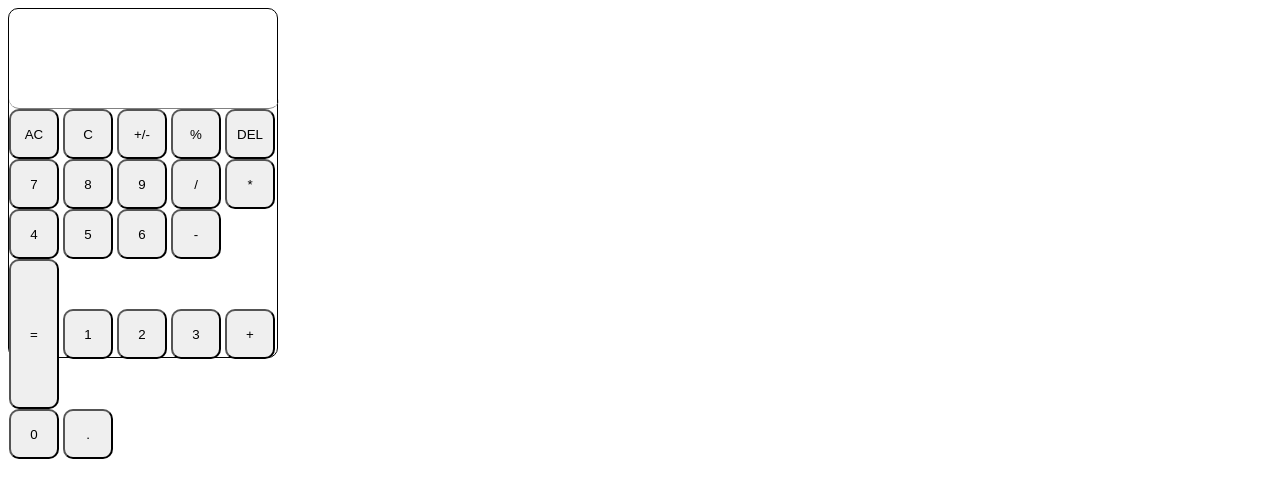
Repository: baziz22/Vanilla_JS_Projects
Page: claculator/index.html
An editor plug-in stored every save of this project. The page is shown before and after the next save, followed by the edit.
The browser window is 1280 px wide. The pictures show the whole page.

Above is the page before, as saved 2022-03-02 02:26:03.
Console error: SyntaxError: Malformed arrow function parameter list

### claculator/index.html
<!DOCTYPE html>
<html lang="en">
  <head>
    <meta charset="UTF-8" />
    <meta http-equiv="X-UA-Compatible" content="IE=edge" />
    <meta name="viewport" content="width=device-width, initial-scale=1.0" />
    <link rel="stylesheet" href="style.css" />
    <script src="script.js" defer></script>
    <title>Calculator</title>
  </head>
  <body>
    <div class="container">
      <div class="wrapper">
        <div id="result">
          <div id="equation"></div>
          <div id="total"></div>
          <div id="temp"></div>
        </div>
        <div id="buttons">
          <button class="btn" all-clear>AC</button>
          <button class="btn" last-entity-clear>C</button>
          <button class="btn" operation>+/-</button>
          <button class="btn" operation>%</button>

          <button class="btn" operation>DEL</button>
          <button class="btn" number>7</button>
          <button class="btn" number>8</button>
          <button class="btn" number>9</button>
          <button class="btn" operation>/</button>
          <button classs="btn" operation>*</button>
          <button class="btn" number>4</button>
          <button class="btn" number>5</button>
          <button class="btn" number>6</button>
          <button class="btn" operation">-</button>
          <div>
          <button class="btn" equal id="equals">=</button>
          <button class="btn" number>1</button>
          <button class="btn" number>2</button>
          <button class="btn" number>3</button>
          <button class="btn" operation>+</button>
          <button class="btn" number>0</button>
          <button class="btn" number dot>.</button>
          </div>

        </div>
      </div>
    </div>
  </body>
</html>

### claculator/style.css
* {
  box-sizing: border-box;
}
.wrapper {
  border: 1px solid black;
  border-radius: 10px;
  width: 270px;
  height: 350px;
}
button {
  width: 50px;
  height: 50px;
  border-radius: 10px;
}
#result {
  width: 270px;
  height: 100px;
  border-bottom: 1px solid gray;
  border-radius: 10px;
}
#equals {
  height: 150px;
}

### claculator/script.js
const output = document.getElementById('output');
const total = document.getElementById('total');
const reset = document.getElementById('ac');
const btn = document.querySelectorAll('.btn');
const operants = ['=', '+', '-', '*', '/'];
const equalOperation = '=';
function clear() {}
function digitDelete() {}
const operantValue = function (arg, operant) {
  let theOperant = '';
  //console.log('args: ', arg);
  operant.forEach((element, i) => {
    //console.log(i + '. ' + element);
    //console.log('opernat: ', operant);
    if (operant[i] === arg[0]) {
      console.log('this is the operant', operant[i]);
      theOperant = operant[i];
    }
  });
  return theOperant;
};

function appendNumber(d) {
  let digits = [];
  let saveOperants = [];
  let saveDigits = [];
  let outputContents = '';
  console.log('print: ', d);
  if (d.value !== equalOperation) {
    digits.push(d.value);
    let g = operantValue(digits, operants);
    console.log('g: ', g);
    //console.log('digits: ', digits);
    output.innerHTML += digits;
    if (d.value !== g) {
      outputContents += output.textContent;
      console.log(outputContents);
      //saveOutputDigit = outputContents;
      //console.log('s: ',saveOutputDigit);
      out = outputContents.concat();
      console.log('out: ', out);
    }
    if (d.value === g) {
      outputContents = '';
      //saveOutputDigit = '';
      saveOperants.push(g);
      saveDigits.push(Number(out));
      console.log('2. OutputContents: ', out);
      console.log('saveDigits: ', saveDigits);
      //reset outputContent\
      console.log('saveOperants: ', saveOperants);
      //operantValue(digits, operants);
    }
  } else {
    compute();
  }
}
function chooseOperation(operation) {}
function compute() {
  console.log('Final Result');
}
function updateDisplay() {}
let out = '';
let saveOutputDigit = '';


  btn.forEach(element => {
    element.addEventListener('click', appendNumber(element) => {element.value});
  });

After the next save:
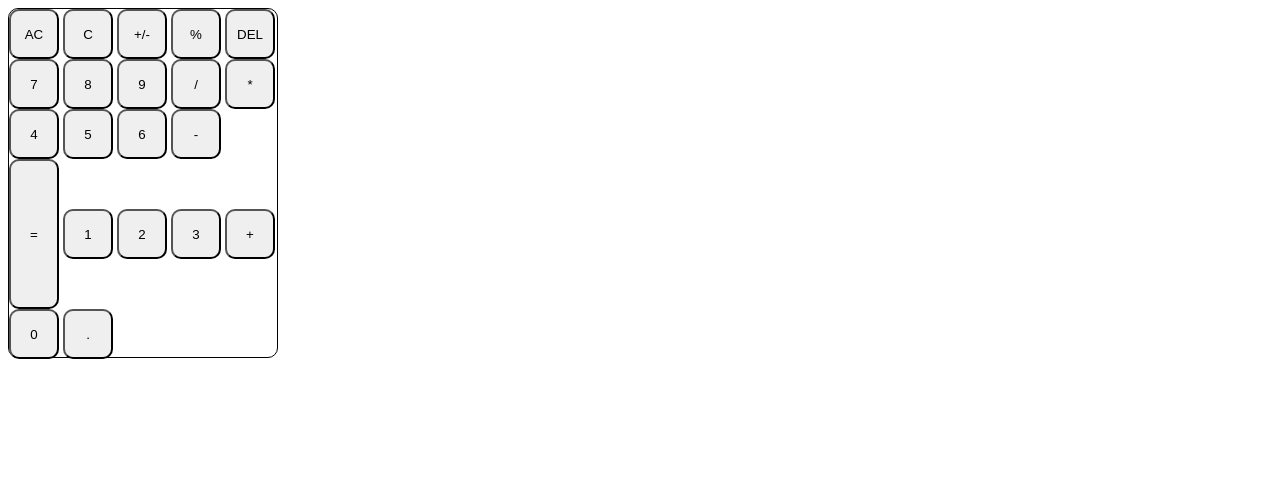
Saved 3 min 6 s later.
--- a/claculator/index.html
+++ b/claculator/index.html
@@ -11,10 +11,10 @@
   <body>
     <div class="container">
       <div class="wrapper">
-        <div id="result">
+        <div id="display">
           <div id="equation"></div>
           <div id="total"></div>
-          <div id="temp"></div>
+          <div id="temp-result"></div>
         </div>
         <div id="buttons">
           <button class="btn" all-clear>AC</button>

After the save that followed:
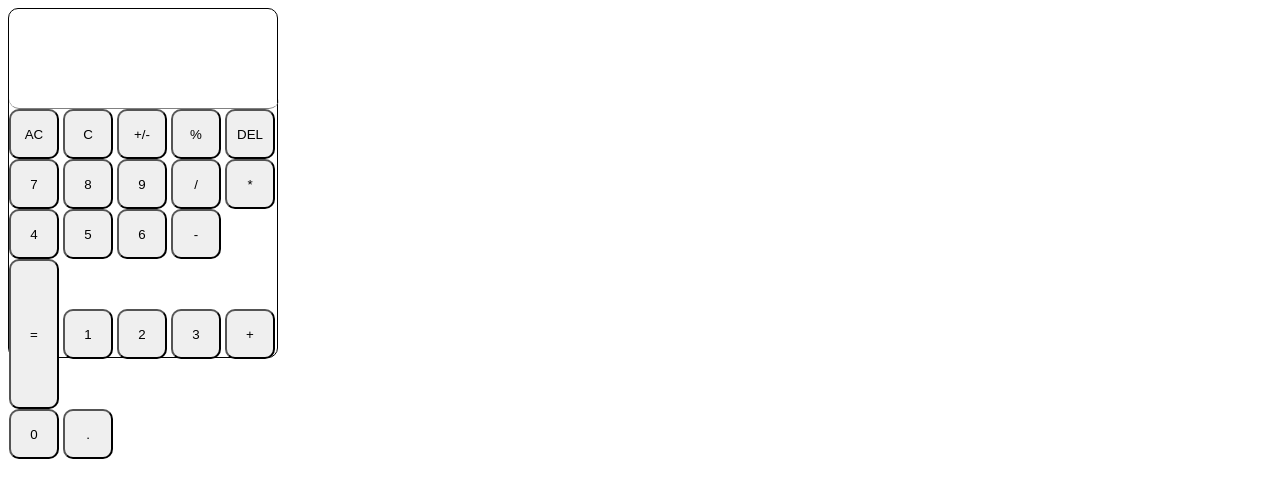
Saved 101 s later.
--- a/claculator/style.css
+++ b/claculator/style.css
@@ -12,12 +12,14 @@ button {
   height: 50px;
   border-radius: 10px;
 }
-#result {
+#equals {
+  height: 150px;
+}
+#display {
+  padding: 15px;
   width: 270px;
   height: 100px;
+  text-align: right;
   border-bottom: 1px solid gray;
   border-radius: 10px;
 }
-#equals {
-  height: 150px;
-}
